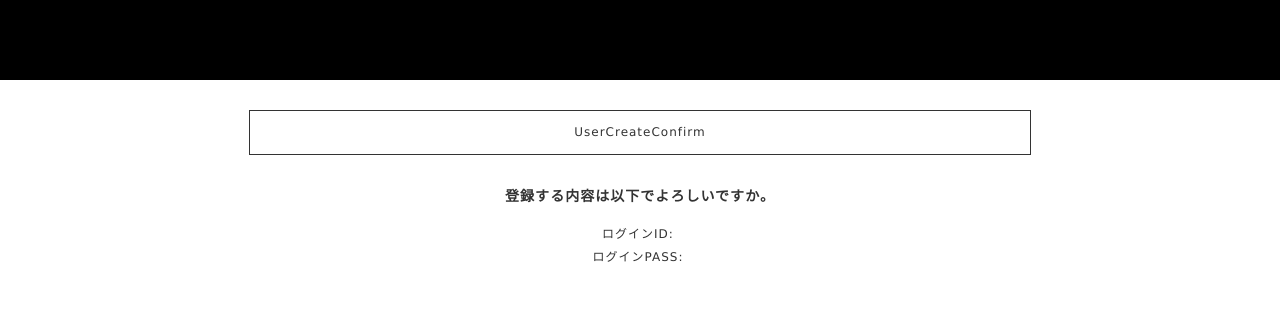
Repository: cha-git/ecsite
Page: http://localhost/template/userCreateConfirm.jsp
The author's editor kept a copy of each file at every save. The page is drawn from the files as they stood at one save, then again after the next save.
The browser window is 1280 px wide. The pictures show the whole page.
The page is served by Tomcat 9.

Above is the page before, as saved 2018-12-25 10:00:24.

After the next save:
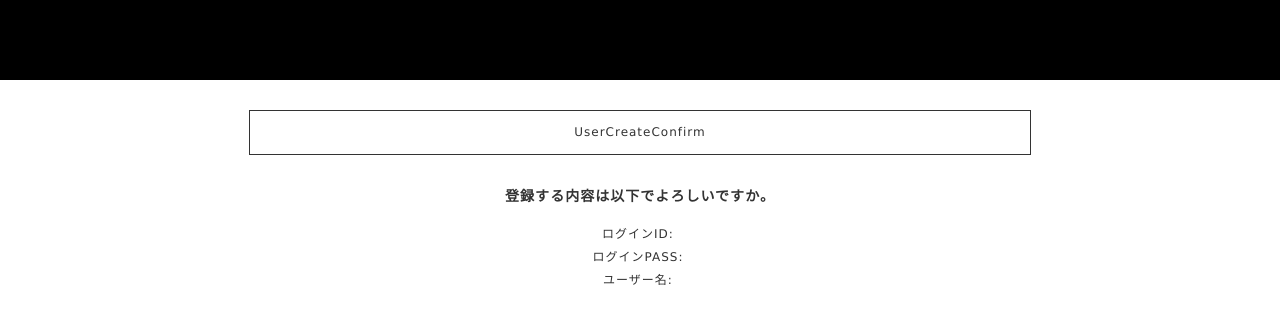
Saved 2 min 33 s later.
--- a/template/WebContent/userCreateConfirm.jsp
+++ b/template/WebContent/userCreateConfirm.jsp
@@ -84,6 +84,11 @@
 						<s:property value="loginPassword" escape="false" />
 					</td>
 				</tr>
+				<tr id="box">
+					<td>
+						<label>ユーザー名:</label>
+					</td>
+				</tr>
 				</s:form>
 			</table>
 		</div>
